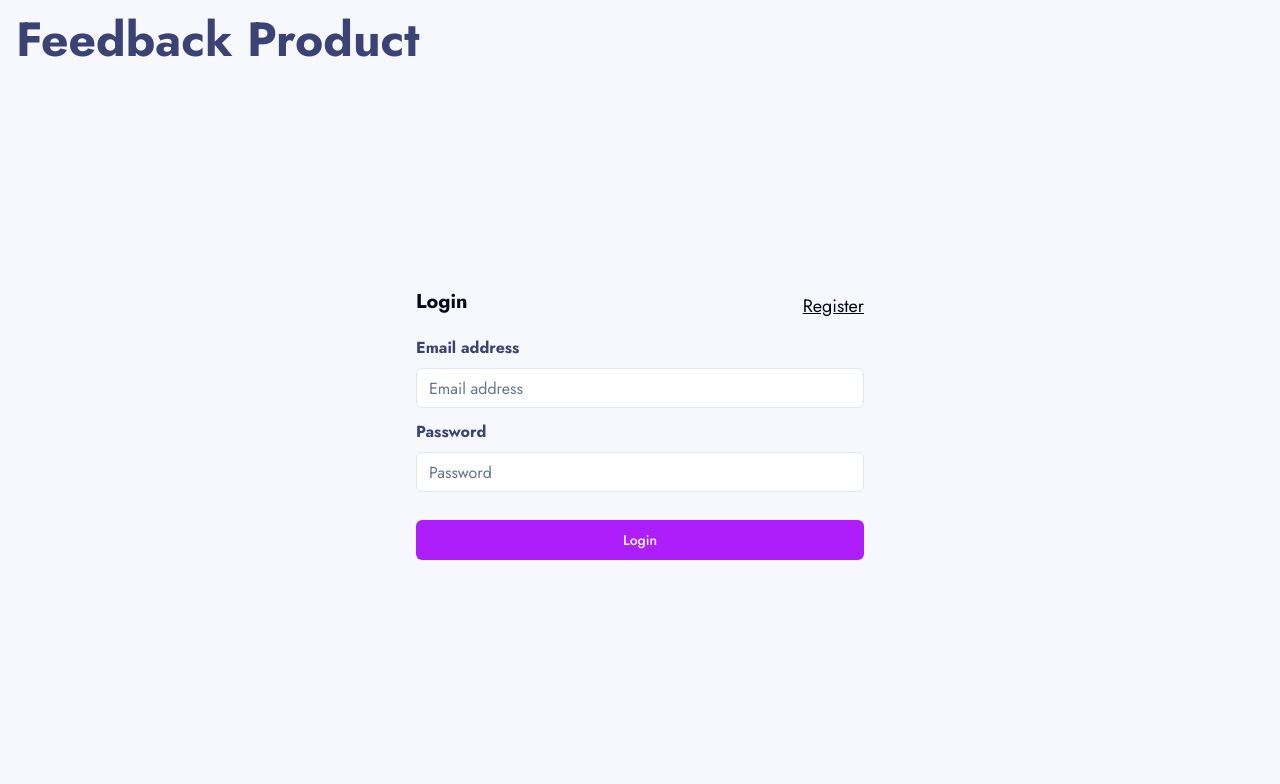
Repository: KornelJanczak/product-feedback-app
Page: /login
An editor plug-in stored every save of this project. The page is shown before and after a run of saves, followed by the edit.
The browser window is 1280 px wide. The pictures show the whole page.
The page's requests for data from a server got no answer. The project was rebuilt for these pictures with package versions that can differ from the ones it lists, and the page was loaded fresh each time. The framework's server and built-in components were replaced by stand-ins that run in the browser. No one was signed in, and anything a server would have sent is missing. Also part of the build but not shown: next.config.js, next.config.mjs.

Above is the page before, as saved 2024-01-28 19:47:28.

### app/layout.tsx
import type { Metadata } from "next";
import { Jost } from "next/font/google";
import { Toaster } from "sonner";
import "./globals.css";
import { authOptions } from "@/app/api/auth/[...nextauth]/options";
import { getServerSession } from "next-auth";
import AuthProvider from "@/providers/session-provider";

export const jost = Jost({
  subsets: ["latin"],
});

export const metadata: Metadata = {
  title: "Product Feedback",
  description: "Create your own section!",
};

export default async function RootLayout({
  children,
}: Readonly<{
  children: React.ReactNode;
}>) {
  const session = await getServerSession(authOptions);

  return (
    <html lang="en">
      <body
        className={`${jost.className} bg-darkWhite`}
        suppressHydrationWarning={true}
      >
        <AuthProvider session={session}>
          <Toaster position="top-center" />
          {children}
        </AuthProvider>
      </body>
    </html>
  );
}

### app/(auth)/layout.tsx
import { ReactNode } from "react";

export default function Layout({ children }: { children: ReactNode }) {
  return (
    <>
      <header className="container text-5xl font-bold text-secondDark pt-4">
        <h2>Feedback Product</h2>
      </header>
      {children}
    </>
  );
}

### app/(auth)/login/page.tsx
import LoginForm from "../_components/login-form";

export default function LoginPage() {
  return <LoginForm />;
}

### app/globals.css
@tailwind base;
@tailwind components;
@tailwind utilities;

* {
  margin: 0;
  padding: 0;
}

@layer base {
  :root {
    --background: 0 0% 100%;
    --foreground: 222.2 84% 4.9%;

    --card: 0 0% 100%;
    --card-foreground: 222.2 84% 4.9%;

    --popover: 0 0% 100%;
    --popover-foreground: 222.2 84% 4.9%;

    --primary: 222.2 47.4% 11.2%;
    --primary-foreground: 210 40% 98%;

    --secondary: 210 40% 96.1%;
    --secondary-foreground: 222.2 47.4% 11.2%;

    --muted: 210 40% 96.1%;
    --muted-foreground: 215.4 16.3% 46.9%;

    --accent: 210 40% 96.1%;
    --accent-foreground: 222.2 47.4% 11.2%;

    --destructive: 0 84.2% 60.2%;
    --destructive-foreground: 210 40% 98%;

    --border: 214.3 31.8% 91.4%;
    --input: 214.3 31.8% 91.4%;
    --ring: 222.2 84% 4.9%;

    --radius: 0.5rem;
  }

  .dark {
    --background: 222.2 84% 4.9%;
    --foreground: 210 40% 98%;

    --card: 222.2 84% 4.9%;
    --card-foreground: 210 40% 98%;

    --popover: 222.2 84% 4.9%;
    --popover-foreground: 210 40% 98%;

    --primary: 210 40% 98%;
    --primary-foreground: 222.2 47.4% 11.2%;

    --secondary: 217.2 32.6% 17.5%;
    --secondary-foreground: 210 40% 98%;

    --muted: 217.2 32.6% 17.5%;
    --muted-foreground: 215 20.2% 65.1%;

    --accent: 217.2 32.6% 17.5%;
    --accent-foreground: 210 40% 98%;

    --destructive: 0 62.8% 30.6%;
    --destructive-foreground: 210 40% 98%;

    --border: 217.2 32.6% 17.5%;
    --input: 217.2 32.6% 17.5%;
    --ring: 212.7 26.8% 83.9%;
  }
}

@layer base {
  * {
    @apply border-border;
  }
  body {
    @apply bg-background text-foreground;
  }
}

### app/api/auth/[...nextauth]/options.ts
import NextAuth, { NextAuthOptions } from "next-auth";
import GithubProvider from "next-auth/providers/github";
import CredentialsProvider from "next-auth/providers/credentials";
import { PrismaAdapter } from "@next-auth/prisma-adapter";
import bcryptjs from "bcryptjs";
import prisma from "@/lib/db";

export const authOptions: NextAuthOptions = {
  adapter: PrismaAdapter(prisma),
  session: {
    strategy: "jwt",
  },
  secret: process.env.NEXTAUTH_SECRET,
  pages: {
    signIn: "/login",
  },
  providers: [
    GithubProvider({
      clientId: process.env.GITHUB_ID as string,
      clientSecret: process.env.GITHUB_SECRET as string,
    }),
    CredentialsProvider({
      name: "credentials",
      credentials: {},
      async authorize(credentials) {
        try {
          const { email, password } = credentials as {
            email: string;
            password: string;
          };

          console.log(email, password);
          const user = await prisma?.user.findFirst({
            where: {
              email,
            },
          });

          if (!user) return null;

          const passwordMatch = await bcryptjs.compare(
            password,
            user.password as string
          );

          if (!passwordMatch) return null;

          return user;
        } catch {
          return null;
        }
      },
    }),
  ],
  callbacks: {
    async signIn({ user, account }) {
      if (account?.provider == "credentials") return user;

      if (account?.provider === "github") {
        try {
          const existingUser = await prisma.user.findFirst({
            where: {
              email: user.email as string,
            },
          });

          if (existingUser) return existingUser;

          const newUser = await prisma.user.create({
            data: {
              userName: user.name!,
              email: user.email!,
            },
          });

          return newUser as any;
        } catch {
          return false;
        }
      }
    },
    async jwt({ token }) {
      const dbUser = await prisma.user.findFirst({
        where: {
          email: token.email as string,
        },
      });

      if (!dbUser) return token;

      return {
        id: dbUser.id,
        email: dbUser.email,
        name: dbUser.userName,
      };
    },

    async session({ token, session }) {
      if (token) {
        return {
          ...session,
          user: {
            email: token.email,
            name: token.name,
            id: token.id,
          },
        };
      }
      return session;
    },
    async redirect({ url, baseUrl }) {
      // if (url.startsWith("/")) return `${baseUrl}`;
      // // Allows callback URLs on the same origin
      // else if (new URL(url).origin === baseUrl) return baseUrl;
      // return baseUrl;
      return "/";
    },
  },
};

export default NextAuth(authOptions);

### providers/session-provider.tsx
"use client";
import { SessionProvider } from "next-auth/react";
import { ReactNode } from "react";
export default function AuthProvider({
  children,
  session,
}: {
  children: ReactNode;
  session: any;
}) {
  return <SessionProvider session={session}>{children}</SessionProvider>;
}

### app/(auth)/_components/login-form.tsx
"use client";
import { zodResolver } from "@hookform/resolvers/zod";
import { useForm, SubmitHandler } from "react-hook-form";
import {
  Form,
  FormControl,
  FormField,
  FormItem,
  FormLabel,
  FormMessage,
} from "@/components/ui/form";
import { Input } from "@/components/ui/input";
import * as z from "zod";
import { useRouter } from "next/navigation";
import SubmitBtn from "./submit-btn";
import { signIn } from "next-auth/react";
import { useState } from "react";
import { toast } from "sonner";
import { loginFormSchema } from "@/models/@auth-schema";

export default function LoginForm() {
  const router = useRouter();
  const [pending, setPending] = useState<boolean>(false);

  type Inputs = z.infer<typeof loginFormSchema>;

  const form = useForm<z.infer<typeof loginFormSchema>>({
    resolver: zodResolver(loginFormSchema),
    defaultValues: {
      email: "",
      password: "",
    },
  });

  const processForm: SubmitHandler<Inputs> = async (data) => {
    setPending(true);
    try {
      await signIn("credentials", data);
      toast.success("You are logged!");
    } catch {
      toast.error("Something went wrong");
    } finally {
      setPending(false);
    }
  };

  return (
    <section className="container h-screen flex items-center justify-center ">
      <Form {...form}>
        <form
          className="max-w-md w-full"
          onSubmit={form.handleSubmit(processForm)}
        >
          <div className="flex justify-between items-center">
            <h3 className="font-bold text-xl pb-2">Login</h3>
            <span
              className="text-lg cursor-pointer underline hover:text-pink hover:transition duration-300"
              onClick={() => router.push("/register")}
            >
              Register
            </span>
          </div>
          <FormField
            control={form.control}
            name="email"
            render={({ field }) => (
              <FormItem className="pt-2 md:pt-3">
                <FormLabel className="md:text-base">Email address</FormLabel>
                <FormControl>
                  <Input
                    placeholder="Email address"
                    {...field}
                    className="md:text-base"
                    type="email"
                    required
                  />
                </FormControl>
                <FormMessage className="md:text-base" />
              </FormItem>
            )}
          />
          <FormField
            control={form.control}
            name="password"
            render={({ field }) => (
              <FormItem className="pt-2 md:pt-3">
                <FormLabel className="md:text-base">Password</FormLabel>
                <FormControl>
                  <Input
                    placeholder="Password"
                    {...field}
                    className="md:text-base"
                    type="password"
                    required
                  />
                </FormControl>
                <FormMessage className="md:text-base" />
              </FormItem>
            )}
          />
          <SubmitBtn pending={pending}>Login</SubmitBtn>
        </form>
      </Form>
    </section>
  );
}

### components/ui/form.tsx
import * as React from "react"
import * as LabelPrimitive from "@radix-ui/react-label"
import { Slot } from "@radix-ui/react-slot"
import {
  Controller,
  ControllerProps,
  FieldPath,
  FieldValues,
  FormProvider,
  useFormContext,
} from "react-hook-form"

import { cn } from "@/lib/utils"
import { Label } from "@/components/ui/label"

const Form = FormProvider

type FormFieldContextValue<
  TFieldValues extends FieldValues = FieldValues,
  TName extends FieldPath<TFieldValues> = FieldPath<TFieldValues>
> = {
  name: TName
}

const FormFieldContext = React.createContext<FormFieldContextValue>(
  {} as FormFieldContextValue
)

const FormField = <
  TFieldValues extends FieldValues = FieldValues,
  TName extends FieldPath<TFieldValues> = FieldPath<TFieldValues>
>({
  ...props
}: ControllerProps<TFieldValues, TName>) => {
  return (
    <FormFieldContext.Provider value={{ name: props.name }}>
      <Controller {...props} />
    </FormFieldContext.Provider>
  )
}

const useFormField = () => {
  const fieldContext = React.useContext(FormFieldContext)
  const itemContext = React.useContext(FormItemContext)
  const { getFieldState, formState } = useFormContext()

  const fieldState = getFieldState(fieldContext.name, formState)

  if (!fieldContext) {
    throw new Error("useFormField should be used within <FormField>")
  }

  const { id } = itemContext

  return {
    id,
    name: fieldContext.name,
    formItemId: `${id}-form-item`,
    formDescriptionId: `${id}-form-item-description`,
    formMessageId: `${id}-form-item-message`,
    ...fieldState,
  }
}

type FormItemContextValue = {
  id: string
}

const FormItemContext = React.createContext<FormItemContextValue>(
  {} as FormItemContextValue
)

const FormItem = React.forwardRef<
  HTMLDivElement,
  React.HTMLAttributes<HTMLDivElement>
>(({ className, ...props }, ref) => {
  const id = React.useId()

  return (
    <FormItemContext.Provider value={{ id }}>
      <div ref={ref} className={cn("space-y-2", className)} {...props} />
    </FormItemContext.Provider>
  )
})
FormItem.displayName = "FormItem"

const FormLabel = React.forwardRef<
  React.ElementRef<typeof LabelPrimitive.Root>,
  React.ComponentPropsWithoutRef<typeof LabelPrimitive.Root>
>(({ className, ...props }, ref) => {
  const { error, formItemId } = useFormField()

  return (
    <Label
      ref={ref}
      className={cn(error && "text-destructive", className)}
      htmlFor={formItemId}
      {...props}
    />
  )
})
FormLabel.displayName = "FormLabel"

const FormControl = React.forwardRef<
  React.ElementRef<typeof Slot>,
  React.ComponentPropsWithoutRef<typeof Slot>
>(({ ...props }, ref) => {
  const { error, formItemId, formDescriptionId, formMessageId } = useFormField()

  return (
    <Slot
      ref={ref}
      id={formItemId}
      aria-describedby={
        !error
          ? `${formDescriptionId}`
          : `${formDescriptionId} ${formMessageId}`
      }
      aria-invalid={!!error}
      {...props}
    />
  )
})
FormControl.displayName = "FormControl"

const FormDescription = React.forwardRef<
  HTMLParagraphElement,
  React.HTMLAttributes<HTMLParagraphElement>
>(({ className, ...props }, ref) => {
  const { formDescriptionId } = useFormField()

  return (
    <p
      ref={ref}
      id={formDescriptionId}
      className={cn("text-sm text-muted-foreground", className)}
      {...props}
    />
  )
})
FormDescription.displayName = "FormDescription"

const FormMessage = React.forwardRef<
  HTMLParagraphElement,
  React.HTMLAttributes<HTMLParagraphElement>
>(({ className, children, ...props }, ref) => {
  const { error, formMessageId } = useFormField()
  const body = error ? String(error?.message) : children

  if (!body) {
    return null
  }

  return (
    <p
      ref={ref}
      id={formMessageId}
      className={cn("text-sm font-medium text-destructive", className)}
      {...props}
    >
      {body}
    </p>
  )
})
FormMessage.displayName = "FormMessage"

export {
  useFormField,
  Form,
  FormItem,
  FormLabel,
  FormControl,
  FormDescription,
  FormMessage,
  FormField,
}

### components/ui/input.tsx
import * as React from "react";

import { cn } from "@/lib/utils";

export interface InputProps
  extends React.InputHTMLAttributes<HTMLInputElement> {}

const Input = React.forwardRef<HTMLInputElement, InputProps>(
  ({ className, type, ...props }, ref) => {
    return (
      <input
        type={type}
        className={cn(
          "hover:border-blue focus:border-transparent text-grey flex h-10 w-full rounded-md border border-input bg-background px-3 py-2 text-sm ring-offset-background file:border-0 file:bg-transparent file:text-sm file:font-medium placeholder:text-muted-foreground focus-visible:outline-none focus-visible:ring-2 focus-visible:ring-ring focus-visible:ring-offset-2 disabled:cursor-not-allowed disabled:opacity-50",
          className
        )}
        ref={ref}
        {...props}
      />
    );
  }
);
Input.displayName = "Input";

export { Input };

### app/(auth)/_components/submit-btn.tsx
"use client";
import React from "react";
import ClipLoader from "react-spinners/ClipLoader";
import { Button } from "@/components/ui/button";
import { ReactNode } from "react";

interface SubmitBtnProps {
  className?: string;
  pending?: boolean;
  children: ReactNode;
}

const SubmitBtn: React.FC<SubmitBtnProps> = React.memo(
  ({ className, children, pending }) => {
    return (
      <Button
        className={`mt-5 w-full bg-pink hover:opacity-70 hover:bg-pink hover:transition duration-300 lg:mt-7 ${className}`}
        type="submit"
        aria-disabled={pending}
      >
        {pending ? <ClipLoader size={24} color="#3A4374" /> : children}
      </Button>
    );
  }
);

SubmitBtn.displayName = "SubmitBtn";

export default SubmitBtn;

### models/@auth-schema.ts
import * as z from "zod";

const validation = {
  email: z.string().email({ message: "Email must contain @ symbol." }),
  password: z
    .string()
    .min(5, { message: "Password must contain at lesat 5 symbol" })
    .regex(/[A-Z]/, {
      message: "Password must contain at least one uppercase letter.",
    })
    .regex(/[a-z]/, {
      message: "Password must contain at least one lowercase letter.",
    })
    .regex(/[0-9]/, { message: "Password must contain at least one digit." })
    .regex(/[@#$%^&+=!]/, {
      message: "Password must contain at least one special character.",
    }),
};

export const registerFormSchema = z
  .object({
    username: z.string().min(2, {
      message: "Username must be at least 2 characters.",
    }),
    ...validation,
    repeatPassword: z.string(),
  })
  .refine((data) => data.password === data.repeatPassword, {
    message: "Passwords do not match.",
  });

export const loginFormSchema = z.object({ ...validation });

### components/ui/label.tsx
"use client"

import * as React from "react"
import * as LabelPrimitive from "@radix-ui/react-label"
import { cva, type VariantProps } from "class-variance-authority"

import { cn } from "@/lib/utils"

const labelVariants = cva(
  "text-sm font-medium leading-none peer-disabled:cursor-not-allowed peer-disabled:opacity-70"
)

const Label = React.forwardRef<
  React.ElementRef<typeof LabelPrimitive.Root>,
  React.ComponentPropsWithoutRef<typeof LabelPrimitive.Root> &
    VariantProps<typeof labelVariants>
>(({ className, ...props }, ref) => (
  <LabelPrimitive.Root
    ref={ref}
    className={cn(labelVariants(), className, "text-secondDark font-bold")}
    {...props}
  />
))
Label.displayName = LabelPrimitive.Root.displayName

export { Label }

### components/ui/button.tsx
import * as React from "react";
import { Slot } from "@radix-ui/react-slot";
import { cva, type VariantProps } from "class-variance-authority";

import { cn } from "@/lib/utils";

const buttonVariants = cva(
  "inline-flex items-center justify-center whitespace-nowrap rounded-md text-sm font-medium ring-offset-background transition-colors focus-visible:outline-none focus-visible:ring-2 focus-visible:ring-ring focus-visible:ring-offset-2 disabled:pointer-events-none disabled:opacity-50",
  {
    variants: {
      variant: {
        default: "bg-primary text-primary-foreground hover:bg-primary/90",
        destructive:
          "bg-destructive text-destructive-foreground hover:bg-destructive/90",
        outline:
          "border border-input bg-background hover:bg-accent hover:text-accent-foreground",
        secondary:
          "bg-secondary text-secondary-foreground hover:bg-secondary/80",
        ghost: "hover:bg-accent hover:text-accent-foreground",
        link: "text-primary underline-offset-4 hover:underline",
      },
      size: {
        default: "h-10 px-4 py-2",
        sm: "h-9 rounded-md px-3",
        lg: "h-11 rounded-md px-8",
        icon: "h-10 w-10",
      },
    },
    defaultVariants: {
      variant: "default",
      size: "default",
    },
  }
);

export interface ButtonProps
  extends React.ButtonHTMLAttributes<HTMLButtonElement>,
    VariantProps<typeof buttonVariants> {
  asChild?: boolean;
}

const Button = React.forwardRef<HTMLButtonElement, ButtonProps>(
  ({ className, variant, size, asChild = false, ...props }, ref) => {
    const Comp = asChild ? Slot : "button";
    return (
      <Comp
        className={cn(buttonVariants({ variant, size, className }))}
        ref={ref}
        {...props}
      />
    );
  }
);
Button.displayName = "Button";

export { Button, buttonVariants };

### tailwind.config.ts
import type { Config } from "tailwindcss";

const config = {
  darkMode: ["class"],
  content: [
    "./pages/**/*.{ts,tsx}",
    "./components/**/*.{ts,tsx}",
    "./app/**/*.{ts,tsx}",
    "./src/**/*.{ts,tsx}",
  ],
  prefix: "",
  theme: {
    container: {
      center: true,
      padding: {
        DEFAULT: "1rem",
        sm: "1rem",
        lg: "4rem",
        xl: "5rem",
        "2xl": "6rem",
      },
      screens: {
        default: "1400px",
        "2xl": "1400px",
      },
    },
    extend: {
      // fontFamily: {
      //   jost: ["var(--jost)"],
      //   ...fontFamily.jost,
      // },
      colors: {
        border: "hsl(var(--border))",
        input: "hsl(var(--input))",
        ring: "hsl(var(--ring))",
        background: "hsl(var(--background))",
        foreground: "hsl(var(--foreground))",
        primary: {
          DEFAULT: "hsl(var(--primary))",
          foreground: "hsl(var(--primary-foreground))",
        },
        secondary: {
          DEFAULT: "hsl(var(--secondary))",
          foreground: "hsl(var(--secondary-foreground))",
        },
        destructive: {
          DEFAULT: "hsl(var(--destructive))",
          foreground: "hsl(var(--destructive-foreground))",
        },
        muted: {
          DEFAULT: "hsl(var(--muted))",
          foreground: "hsl(var(--muted-foreground))",
        },
        accent: {
          DEFAULT: "hsl(var(--accent))",
          foreground: "hsl(var(--accent-foreground))",
        },
        popover: {
          DEFAULT: "hsl(var(--popover))",
          foreground: "hsl(var(--popover-foreground))",
        },
        card: {
          DEFAULT: "hsl(var(--card))",
          foreground: "hsl(var(--card-foreground))",
        },
        pink: "#AD1EFA",
        blue: "#4661E6",
        lighterBlue: "#62BCFA",
        dark: "rgb(55, 63, 104)",
        secondDark: "#3A4374",
        grey: "#647196",
        orange: "#F49F85",
        basicWhite: "#ffffff",
        middleWhite: "#F2F4FF",
        darkWhite: "#F7F8FD",
      },
      borderRadius: {
        lg: "var(--radius)",
        md: "calc(var(--radius) - 2px)",
        sm: "calc(var(--radius) - 4px)",
      },
      keyframes: {
        "accordion-down": {
          from: { height: "0" },
          to: { height: "var(--radix-accordion-content-height)" },
        },
        "accordion-up": {
          from: { height: "var(--radix-accordion-content-height)" },
          to: { height: "0" },
        },
      },
      animation: {
        "accordion-down": "accordion-down 0.2s ease-out",
        "accordion-up": "accordion-up 0.2s ease-out",
      },
    },
  },
  plugins: [require("tailwindcss-animate")],
} satisfies Config;

export default config;

Loaded but not shown: lib/db.ts (common file); lib/utils.ts (common file)

After the next 3 saves:
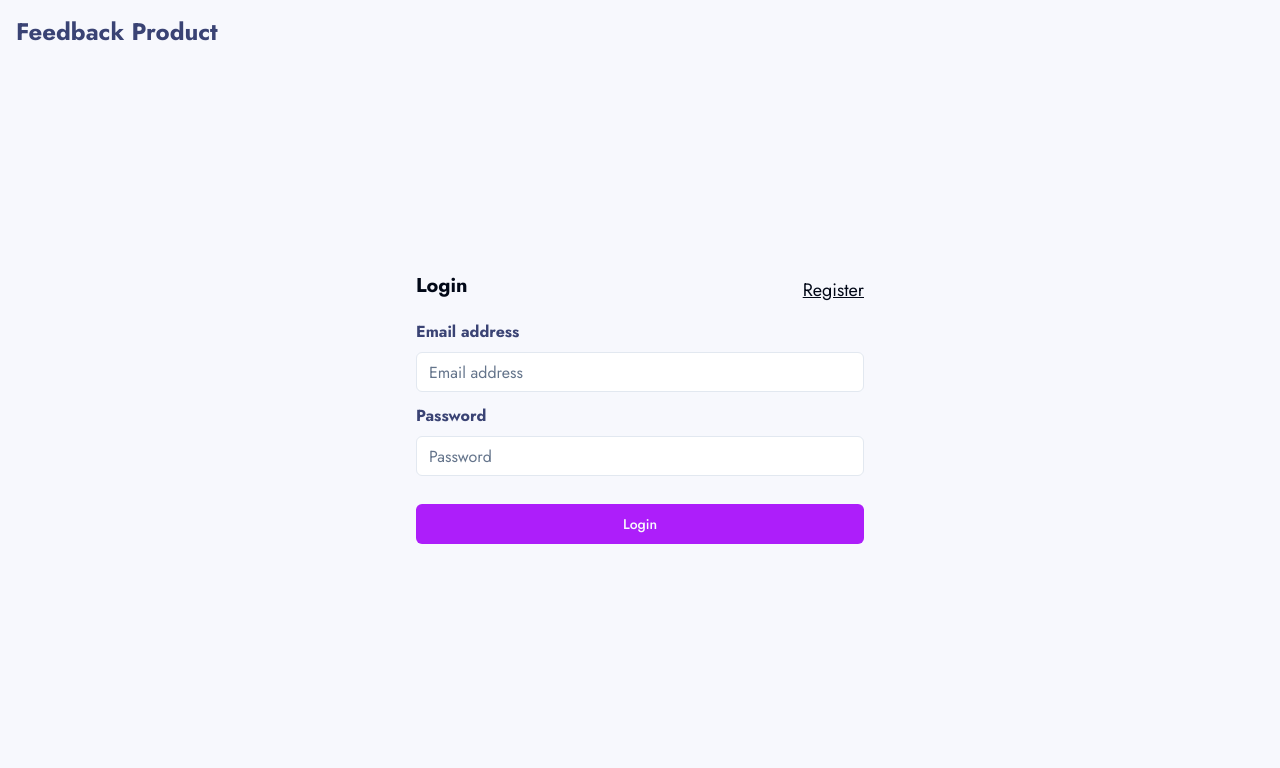
The 3 saves are shown as one change because they came seconds apart.
The last was saved 14 s later.
--- a/app/(auth)/layout.tsx
+++ b/app/(auth)/layout.tsx
@@ -3,7 +3,7 @@ import { ReactNode } from "react";
 export default function Layout({ children }: { children: ReactNode }) {
   return (
     <>
-      <header className="container text-5xl font-bold text-secondDark pt-4">
+      <header className="container text-2xl font-bold text-secondDark pt-4">
         <h2>Feedback Product</h2>
       </header>
       {children}
